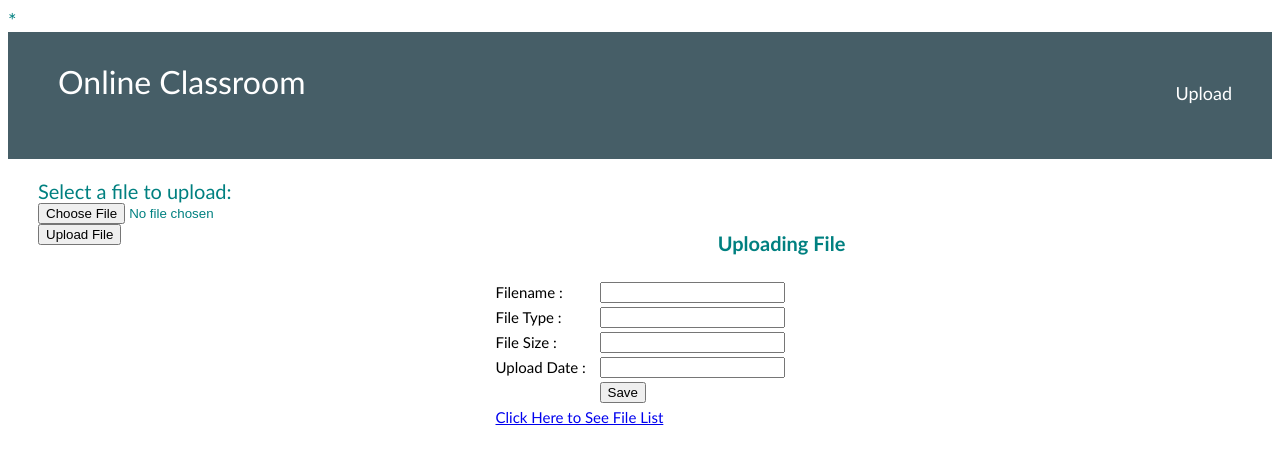
Repository: cs192-s2-2013/coffee
Page: http://localhost/BCOnlineClassroom/WEB-INF/jsp/upload.jsp
An editor plug-in stored every save of this project. The page is shown before and after the next save, followed by the edit.
The browser window is 1280 px wide. The pictures show the whole page.
The page is served by Tomcat 9. Nobody is signed in. Other server files are loaded and not shown. The template is opened directly, without the code that normally fills it, so the values that code supplies are empty.

Above is the page before, as saved 2014-03-01 04:11:13.

### BCOnlineClassroom/WebContent/WEB-INF/jsp/upload.jsp
<!--  Edit starts here -->
<%@ taglib uri="http://www.springframework.org/tags/form" prefix="form"%> *
<!--  Edit ends here -->

<%@ taglib uri="http://java.sun.com/jsp/jstl/core" prefix="c" %>
<%@ page session="false" %>

<html>
<head>
<meta http-equiv="Content-Type" content="text/html; charset=UTF-8">
<title>Upload</title>

<!--  Edit starts here -->
<style>
body {
	font-size: 20px;
	color: teal;
	font-family: Calibri;
}

td {
	font-size: 15px;
	color: black;
	width: 100px;
	height: 22px;
	text-align: left;
}

.heading {
	font-size: 18px;
	color: white;
	font: bold;
	background-color: orange;
	border: thick;
}
</style>
<!--  Edit ends here -->

</head>
<body>
<div id="titlebox" style="background-color:#465e67; height:18%; margin-top:none;">
<div id="title" style="margin-top:30px; margin-left:50px; float:left;"><font size="6px" color="white">Online Classroom</font></div>

<div id="menu" style="margin-top:50px; margin-right:40px; float:right; ">
<font color="white"; size ="4px">Upload</font>
</div>
</div>
<div style="margin-top:20px; margin-left:30px; float:left;">
Select a file to upload: <br />
<form action="fileUploaded" method="post"
                        enctype="multipart/form-data">
<input type="file" name="file" size="50" />
<br />
<input type="submit" value="Upload File" />
</form>
</div>

<!--  Edit starts here -->
	<center>
		<br /> <br /> <br /> <b>Uploading File </b> <br />
		<br />
		<div>
			<form:form method="post" action="/insert" modelAttribute="matFile">
				<table>
					<tr>
						<td>Filename :</td>
						<td><form:input path="fileName" /></td>
					</tr>
					<tr>
						<td>File Type :</td>
						<td><form:input path="fileType" /></td>
					</tr>
					<tr>
						<td>File Size :</td>
						<td><form:input path="fileSize" /></td>
					</tr>
					<tr>
						<td>Upload Date :</td>
						<td><form:input path="uploadDate" /></td>
					</tr>
					<tr>
						<td>&nbsp;</td>
						<td><input type="submit" value="Save" /></td>
					</tr>
					<tr>

						<td colspan="2"><a href="getList">Click Here to See File List</a></td>
					</tr>
				</table>
			</form:form>
		</div>
	</center>
<!-- Edit ends here -->

</body>
</html>

After the next save:
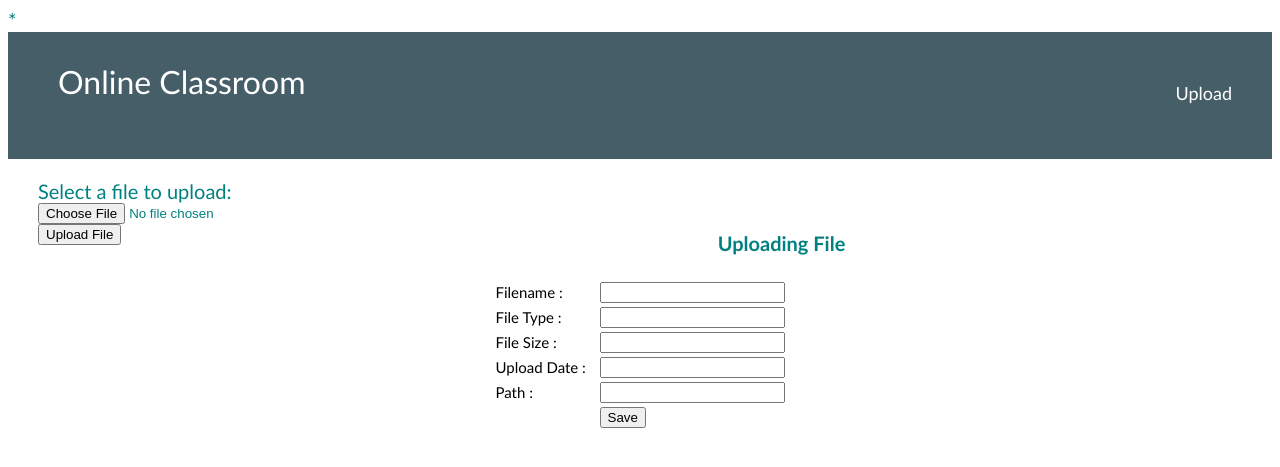
Saved 54 s later.
--- a/BCOnlineClassroom/WebContent/WEB-INF/jsp/upload.jsp
+++ b/BCOnlineClassroom/WebContent/WEB-INF/jsp/upload.jsp
@@ -79,12 +79,12 @@ Select a file to upload: <br />
 						<td><form:input path="uploadDate" /></td>
 					</tr>
 					<tr>
+						<td>Path :</td>
+						<td><form:input path="path" /></td>
+					</tr>
+					<tr>
 						<td>&nbsp;</td>
 						<td><input type="submit" value="Save" /></td>
-					</tr>
-					<tr>
-
-						<td colspan="2"><a href="getList">Click Here to See File List</a></td>
 					</tr>
 				</table>
 			</form:form>
